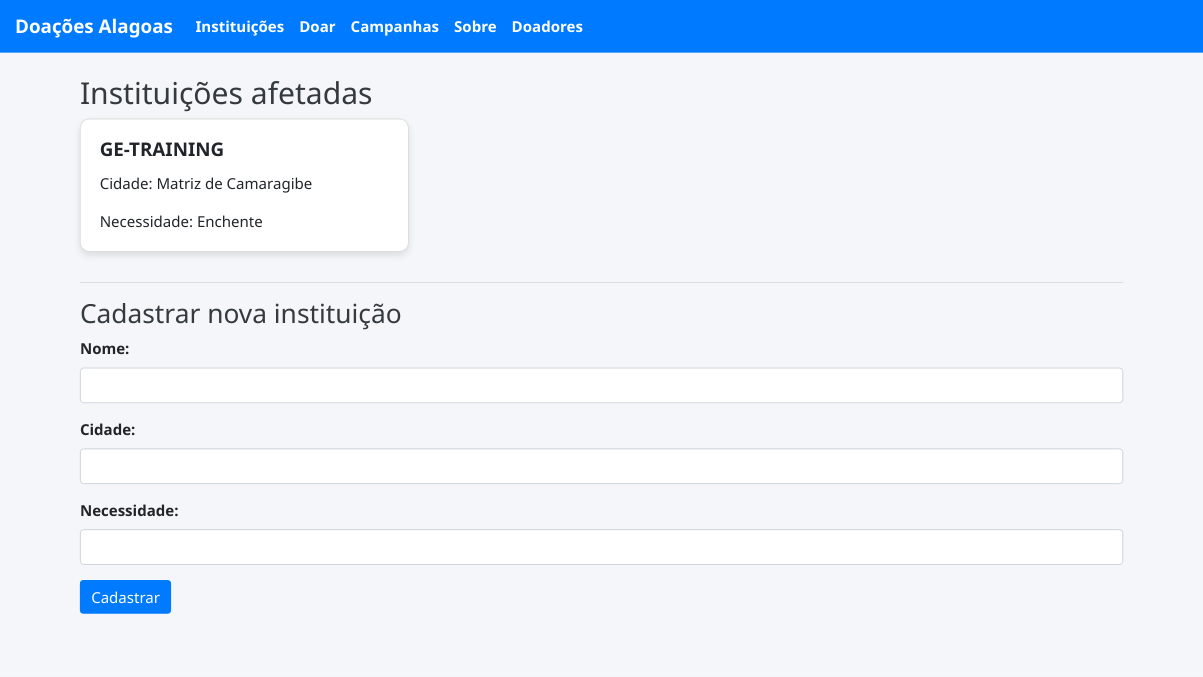
Repository: rafaelcrb/mvp-doacoes-alagoas
Page: http://localhost/instituicoes
An editor plug-in stored every save of this project. The page is shown before and after the next save, followed by the edit.
The browser window is 1280 px wide. The pictures show the whole page, at 94% of full size.
The page is served by the project's application, run on Flask 3 (app.py). The page reads the database file committed with the project.

Above is the page before, as saved 2025-05-26 22:02:31.

After the next save:
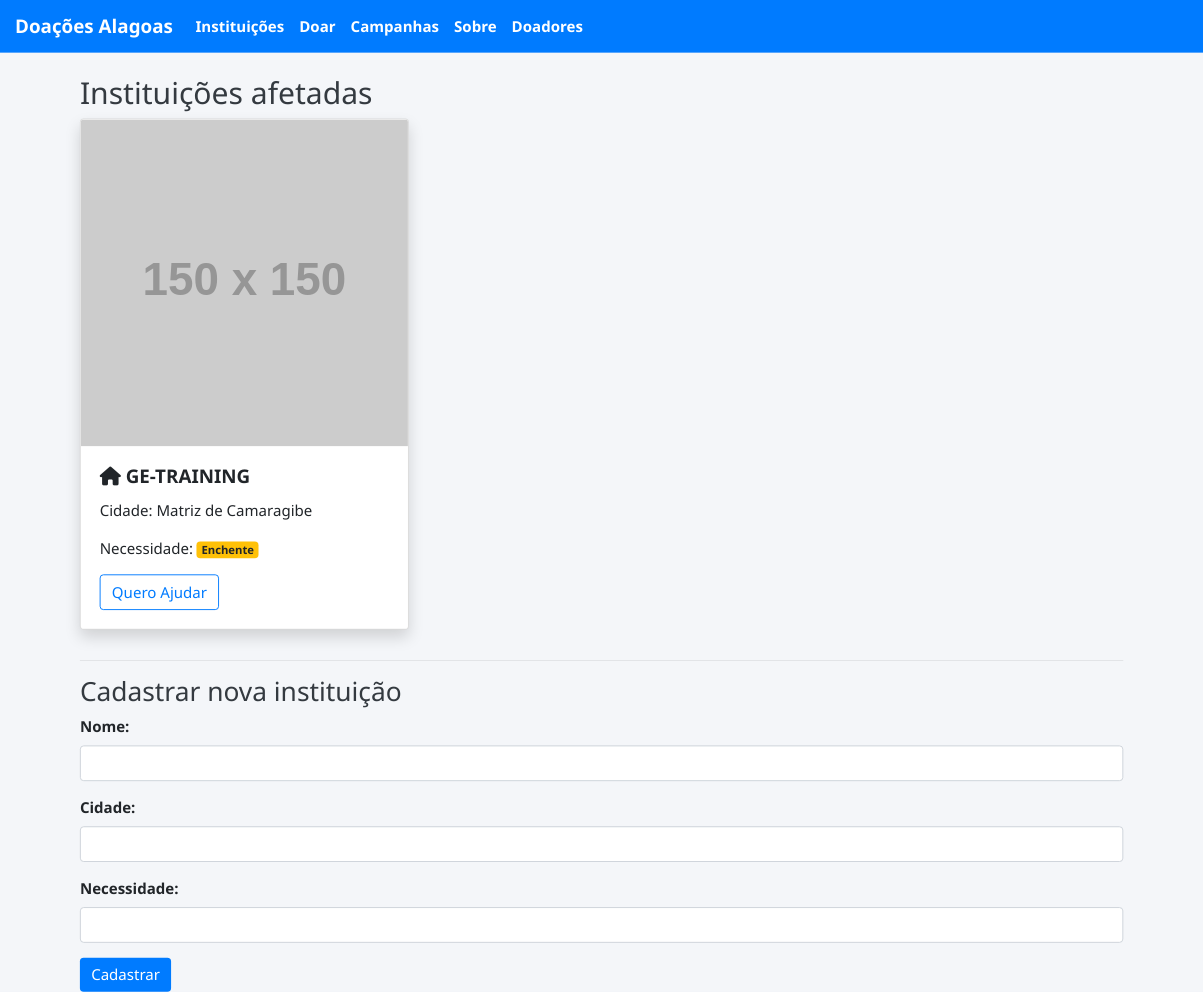
Saved 2 min 26 s later.
--- a/templates/instituicoes.html
+++ b/templates/instituicoes.html
@@ -6,16 +6,21 @@
 <div class="row">
   {% for i in instituicoes %}
   <div class="col-md-4">
-    <div class="card mb-3">
+    <div class="card mb-3 shadow rounded">
+      <img src="https://via.placeholder.com/150" class="card-img-top" alt="Imagem da instituição">
       <div class="card-body">
-        <h5 class="card-title">{{ i[1] }}</h5>
+        <h5 class="card-title"><i class="fas fa-home"></i> {{ i[1] }}</h5>
         <p class="card-text">Cidade: {{ i[2] }}</p>
-        <p class="card-text">Necessidade: {{ i[3] }}</p>
+        <p class="card-text">
+          Necessidade: <span class="badge badge-warning">{{ i[3] }}</span>
+        </p>
+        <a href="/doar" class="btn btn-outline-primary">Quero Ajudar</a>
       </div>
     </div>
   </div>
   {% endfor %}
 </div>
+
 
 <hr>
 
